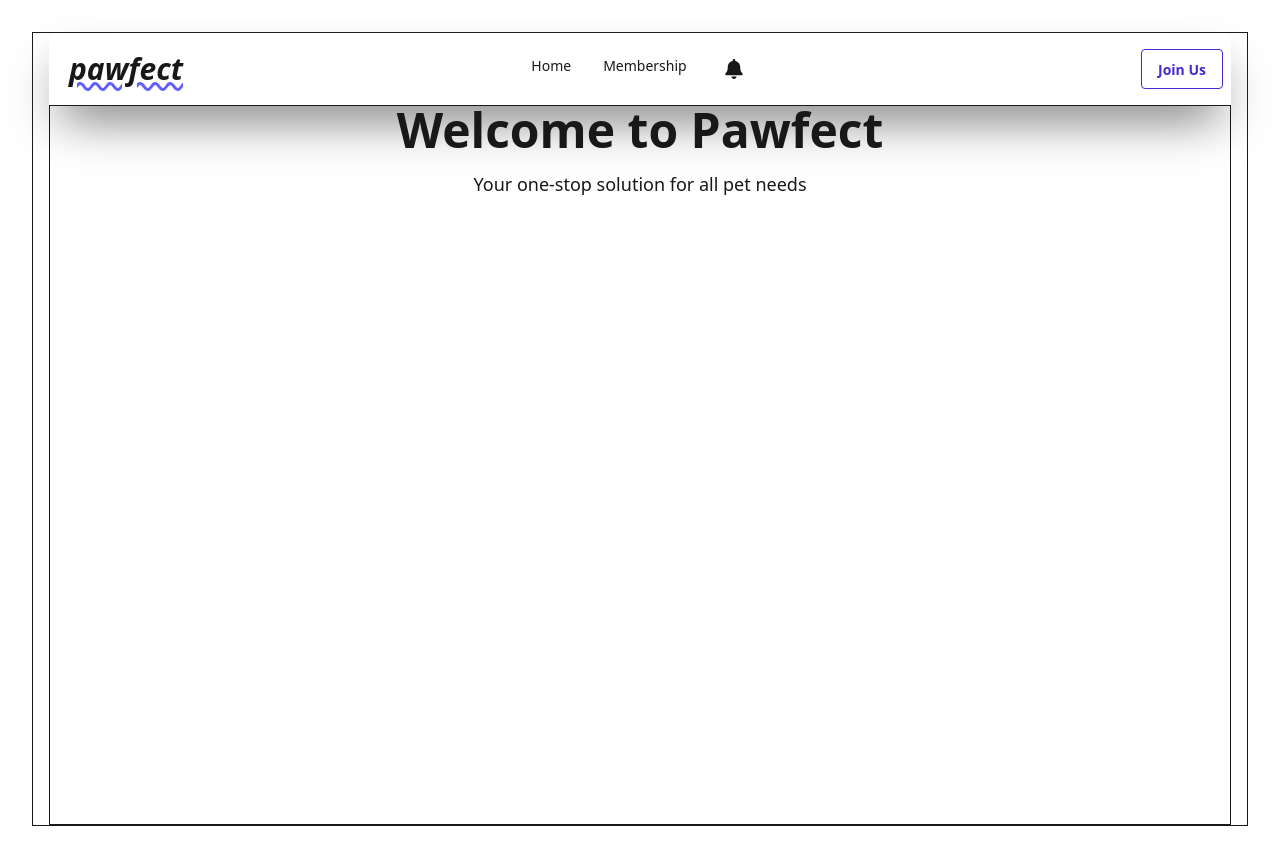
Repository: syedbayzid82849/DevForum_client_site
Page: /
An editor plug-in stored every save of this project. The page is shown before and after a run of saves, followed by the edit.
The browser window is 1280 px wide. The pictures show the whole page.
The project was rebuilt for these pictures with package versions that can differ from the ones it lists, and the page was loaded fresh each time. Also part of the build but not shown: vite.config.js, src/App.jsx, src/components/Navbar/JoinUsModal.jsx, src/pages/Authentication/Login.jsx, src/pages/Authentication/AuthLayout.jsx, src/pages/Authentication/Register.jsx.

Above is the page before, as saved 2025-07-08 22:45:25.

### src/main.jsx
import { StrictMode } from 'react'
import { createRoot } from 'react-dom/client'
import './index.css'
import App from './App.jsx'
import { RouterProvider } from 'react-router'
import router from './Routers/router.jsx'
import AuthProvider from './context/AuthProvider.jsx'

createRoot(document.getElementById('root')).render(
  <StrictMode>
    <AuthProvider>
      <RouterProvider router={router} />
    </AuthProvider>
  </StrictMode>,
)

### src/Routers/router.jsx
import React from 'react';
import { createBrowserRouter } from 'react-router';
import MainLayout from '../layouts/MainLayout/MainLayout';
import Login from '../pages/Authentication/Login';
import Home from '../pages/Home/Home';
import AuthLayout from '../pages/Authentication/AuthLayout';
import Register from '../pages/Authentication/Register';

const router = createBrowserRouter([
    {
        path: "/",
        element: <MainLayout></MainLayout>,
        children: [
            {
                index: true,
                element: <Home />,
            },
        ],
    },
    {
        path: "/",
        element: <AuthLayout />,
        children: [
            {
                path: "/login",
                element: <Login />,
            },
            {
                path: "/register",
                element: <Register />,
            },
        ],
    },
]);

export default router;

### src/context/AuthProvider.jsx
import React, { useEffect, useState } from 'react';
import { createUserWithEmailAndPassword, GithubAuthProvider, GoogleAuthProvider, onAuthStateChanged, signInWithEmailAndPassword, signInWithPopup, signOut, updateProfile } from "firebase/auth";
import { AuthContext } from '../context/AuthContext';
import { auth } from '../firebase/firebase.init';


const AuthProvider = ({ children }) => {
    const provider = new GoogleAuthProvider();
    // loading
    const [loading, setLoading] = useState(true);
    // user chack
    const [user, setUser] = useState(null);
    console.log(user);

    // create user with name, email, password, photoURL
    const createUserWithEP = (email, password) => {
        setLoading(true);
        return createUserWithEmailAndPassword(auth, email, password)
    }

    // log in user with email and password
    const loginUserWithEP = (email, password) => {
        setLoading(true);
        return signInWithEmailAndPassword(auth, email, password)
    }

    // sign in with google
    const userWithGoogle = () => {
        setLoading(true);
        return signInWithPopup(auth, provider)
    }


    // update user profile (new function)
    const updateUserProfile = (name, photo) => {
        setLoading(true);
        return updateProfile(auth.currentUser, {
            displayName: name,
            photoURL: photo
        });
    }

    // sign out user
    const signOutUser = () => {
        setLoading(true);
        return signOut(auth);
    }

    // // get all courses from the server
    // const getAllCourses = () => {
    //     setLoading(true);
    //     return axios.get('https://academix-hub-server.vercel.app/all-course')
    //         .then(response => {
    //             setLoading(false);
    //             return response.data;
    //         })
    //         .catch(error => {
    //             console.error("Error fetching courses:", error);
    //             throw error;
    //         });
    // }

    // user check
    useEffect(() => {
        const unsubscribe = onAuthStateChanged(auth, (currentUser) => {
            setUser(currentUser);
            setLoading(false);
        });
        return () => unsubscribe();
    }, []);



    const authInformation = {
        user,
        setUser,
        loading,
        setLoading,
        createUserWithEP,
        loginUserWithEP,
        userWithGoogle,
        updateUserProfile,
        signOutUser,
    };
    return (
        <AuthContext.Provider value={authInformation}>
            {children}
        </AuthContext.Provider>
    );
};

export default AuthProvider;

### src/layouts/MainLayout/MainLayout.jsx
import React from 'react';
import Navbar from '../../components/Navbar/Navbar';
import { Outlet } from 'react-router';

const MainLayout = () => {
    return (
        <div className=" mx-auto flex flex-col px-4 border">
            <Navbar />

            <main className="flex-1">
                <Outlet />
            </main>

            {/* <Footer /> */}
        </div>
    );
};

export default MainLayout;

### src/pages/Home/Home.jsx
import React from 'react';
import HeroSection from './HeroSection';

const Home = () => {
    return (
        <div className='min-h-screen max-w-7xl mx-auto flex flex-col px-4 border'>
            <HeroSection />
        </div>
    );
};

export default Home;

### src/firebase/firebase.init.js
// Import the functions you need from the SDKs you need
import { initializeApp } from "firebase/app";
import { getAuth } from "firebase/auth";

// TODO: Add SDKs for Firebase products that you want to use
// https://firebase.google.com/docs/web/setup#available-libraries

// Your web app's Firebase configuration
const firebaseConfig = {
    apiKey: import.meta.env.VITE_apiKey, // Use VITE_ prefix for environment variables in Vite
    authDomain: import.meta.env.VITE_authDomain, // Use VITE_ prefix for environment variables in Vite
    projectId: import.meta.env.VITE_projectId, // Use VITE_ prefix for environment variables in Vite
    storageBucket: import.meta.env.VITE_storageBucket, // Use VITE_ prefix for environment variables in Vite
    messagingSenderId: import.meta.env.VITE_messagingSenderId, // Use VITE_ prefix for environment variables in Vite
    appId: import.meta.env.VITE_appId // Use VITE_ prefix for environment variables in Vite
};

// Initialize Firebase
const app = initializeApp(firebaseConfig);


// Initialize Firebase Authentication and get a reference to the service
export const auth = getAuth(app);

### src/components/Navbar/Navbar.jsx
import { Link, NavLink } from "react-router";
import { FaBell, FaBars } from "react-icons/fa";
import { FiLogOut } from "react-icons/fi";
import { MdDashboard } from "react-icons/md";
import JoinUsModal from "./JoinUsModal";
import React, { useContext } from "react";
import { AuthContext } from "../../context/AuthContext";

const Navbar = () => {
    const { user , logOut } = useContext(AuthContext);
    // logout system
    const handleLogOut = () => {
        console.log("Logout clicked");
        logOut();
    };
    const navItems = (
        <>
            <li>
                <NavLink to="/" className="font-medium">Home</NavLink>
            </li>
            <li>
                <NavLink to="/membership" className="font-medium">Membership</NavLink>
            </li>
            {user && (
                <>
                    <li>
                        <NavLink to="/dashboard" className="font-medium flex items-center gap-1">
                            <MdDashboard />
                            Dashboard
                        </NavLink>
                    </li>
                    <li>
                        <button onClick={() => handleLogOut()} className="font-medium flex items-center gap-1">
                            <FiLogOut />
                            Logout
                        </button>
                    </li>
                </>
            )}
            <li>
                <button className="btn btn-ghost text-xl">
                    <FaBell />
                </button>
            </li>
        </>
    );
    const [isModalOpen, setIsModalOpen] = React.useState(false);


    return (
        <>
            <div className="bg-base-100 w-full  shadow-2xl shadow-neutral-500 ">
                <div className="navbar max-w-7xl mx-auto ">

                    {/* Navbar Start */}
                    <div className="navbar-start flex items-center gap-2">
                        {/* Hamburger Menu (Mobile only) */}
                        <div className="dropdown">
                            <div tabIndex={0} className="btn btn-ghost pl-2 lg:hidden">
                                <FaBars className="text-xl" />
                            </div>
                            <ul
                                tabIndex={0}
                                className="menu menu-sm dropdown-content mt-3 z-[50] p-3 shadow bg-base-100 rounded-box w-52 space-y-1"
                            >
                                {navItems}
                            </ul>
                        </div>

                        {/* Logo - large screen only */}
                        <Link to="/" className="hidden lg:flex justify-center items-center ml-1">
                            <span className="text-3xl font-semibold italic underline decoration-wavy decoration-indigo-500">
                                pawfect
                            </span>
                        </Link>
                    </div>

                    {/* Logo - small screen only */}
                    <div className="navbar-center lg:hidden">
                        <Link to="/" className="ml-2">
                            <span className="text-3xl font-semibold italic underline decoration-wavy decoration-indigo-500">
                                pawfect
                            </span>
                        </Link>
                    </div>

                    {/* Large screen nav menu */}
                    <div className="navbar-center hidden lg:flex">
                        <ul className="menu menu-horizontal px-1 space-x-2">{navItems}</ul>
                    </div>

                    {/* Navbar End - Profile Dropdown */}
                    <div className="navbar-end">
                        {user ? (
                            // Logged-in view: show profile dropdown
                            <div className="dropdown dropdown-end">
                                <div tabIndex={0} className="btn btn-circle avatar online">
                                    <img
                                        src={user.photoURL || "/src/assets/user-default.jpg"}
                                        alt="Profile"
                                        className="rounded-full w-10 h-10"
                                    />
                                </div>
                                <ul
                                    tabIndex={0}
                                    className="mt-3 z-[50] p-2 shadow menu menu-sm dropdown-content bg-base-100 rounded-box w-52"
                                >
                                    <li>
                                        <p className="text-sm text-center font-semibold">
                                            {user.displayName}
                                        </p>
                                    </li>
                                    <li>
                                        <Link to="/dashboard">
                                            <MdDashboard />
                                            Dashboard
                                        </Link>
                                    </li>
                                    <li>
                                        <button onClick={() => handleLogOut()} className="flex items-center gap-1">
                                            <FiLogOut />
                                            Logout
                                        </button>
                                    </li>
                                </ul>
                            </div>
                        ) : (
                            // Not logged in: show Join Us button
                            <button
                                onClick={() => setIsModalOpen(true)}
                                className="btn btn-outline btn-primary ">
                                Join Us
                            </button>
                        )}
                    </div>
                </div>
            </div>
            {/* Join Us Modal */}
            {isModalOpen && <JoinUsModal closeModal={() => setIsModalOpen(false)} />}
        </>
    );
};

export default Navbar;

### src/pages/Home/HeroSection.jsx
import React from 'react';

const HeroSection = () => {
    return (
        <div>
            <h1 className="text-5xl font-bold">Welcome to Pawfect</h1>
            <p className="mt-4 text-lg">Your one-stop solution for all pet needs</p>
        </div>
    );
};

export default HeroSection;

Loaded but not shown: index.html (common file); src/index.css (common file); src/App.css (common file); src/context/AuthContext.jsx (common file)

After the next 2 saves:
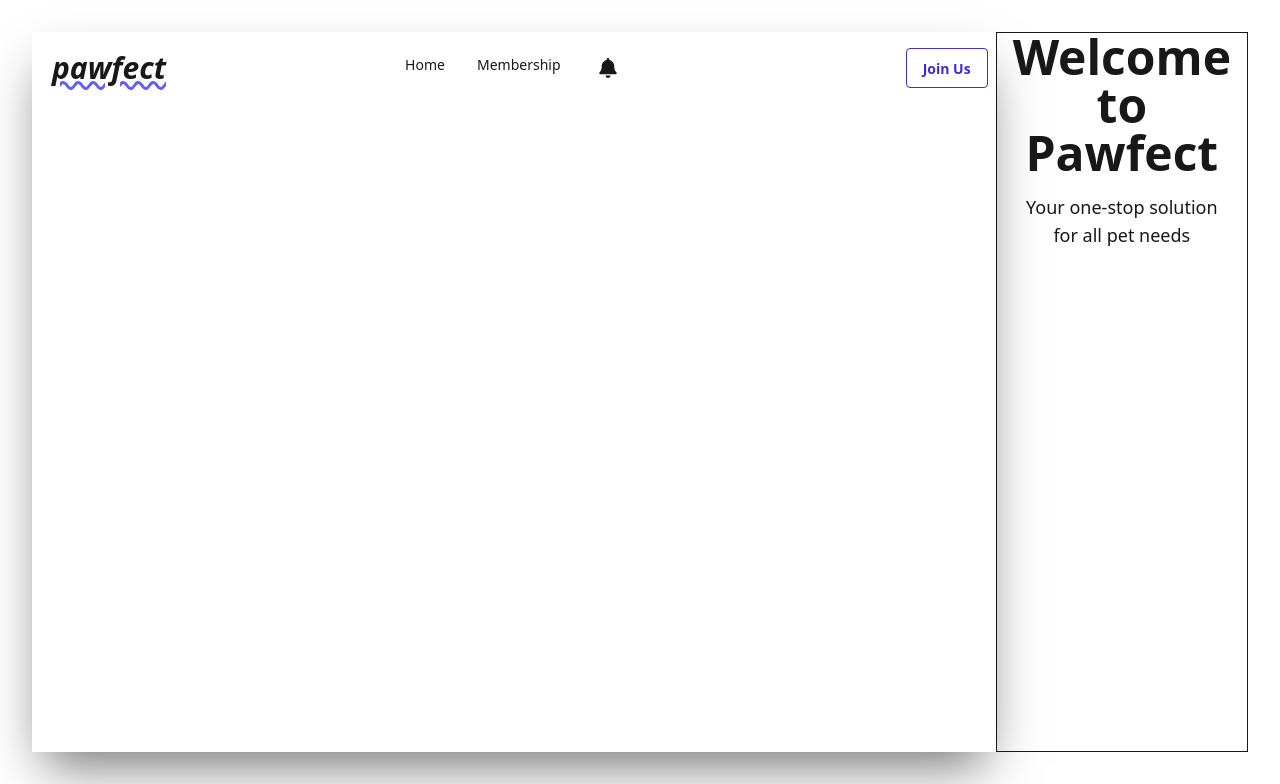
The 2 saves are shown as one change because they came seconds apart.
The last was saved 39 s later.
--- a/src/layouts/MainLayout/MainLayout.jsx
+++ b/src/layouts/MainLayout/MainLayout.jsx
@@ -4,7 +4,7 @@ import { Outlet } from 'react-router';
 
 const MainLayout = () => {
     return (
-        <div className=" mx-auto flex flex-col px-4 border">
+        <div className=" mx-auto flex flex-colborder">
             <Navbar />
 
             <main className="flex-1">
